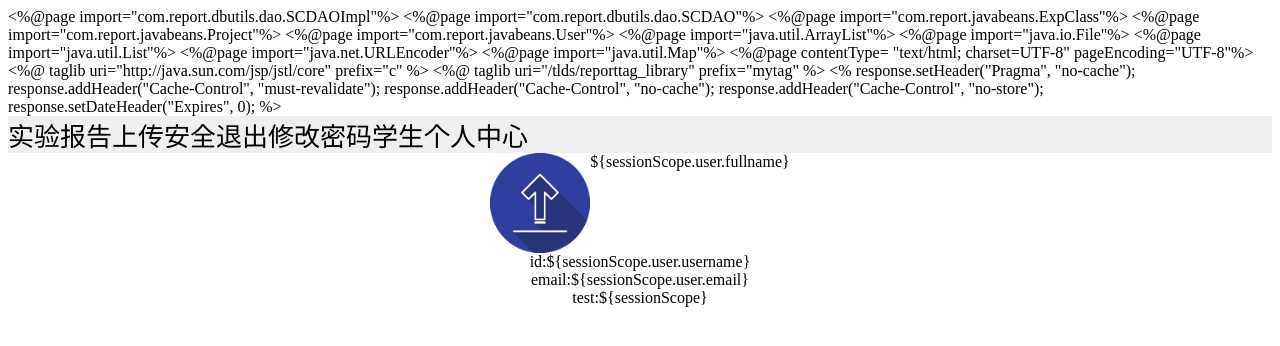
Repository: IAmJiangWenHao/ReportServer
Page: web/demo.html
The author's editor kept a copy of each file at every save. The page is drawn from the files as they stood at one save, then again after the next save.
The browser window is 1280 px wide. The pictures show the whole page.

Above is the page before, as saved 2023-06-01 10:40:58.

After the next save:
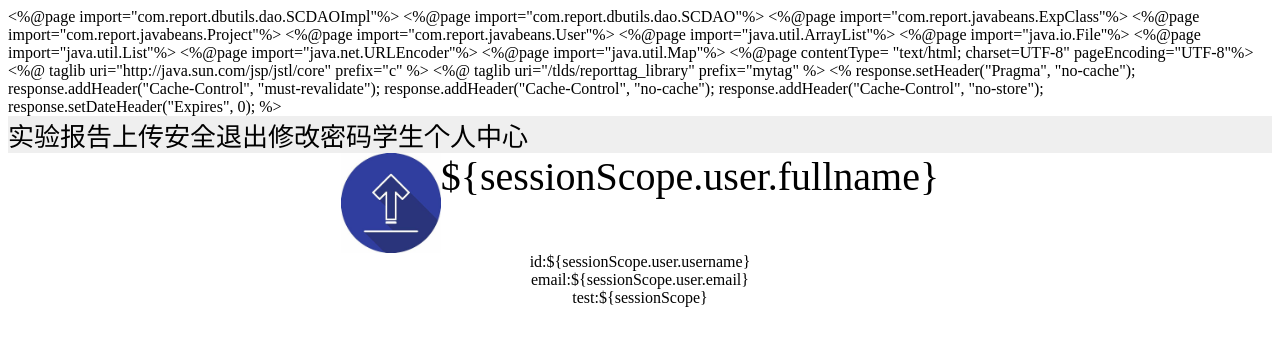
Saved 10 s later.
--- a/web/demo.html
+++ b/web/demo.html
@@ -39,7 +39,7 @@
     <div style="display: flex; flex-direction:column;align-items: center;">
       <div style="display: flex; flex-direction:row;">
         <img style="vertical-align:bottom" height="100px;" width="100px" src="img/upload.jpg">
-        <div >${sessionScope.user.fullname}</div>
+        <div style="font-size: 40px;" >${sessionScope.user.fullname}</div>
       </div>
       <div>id:${sessionScope.user.username}</div>
       <div>email:${sessionScope.user.email}</div>
